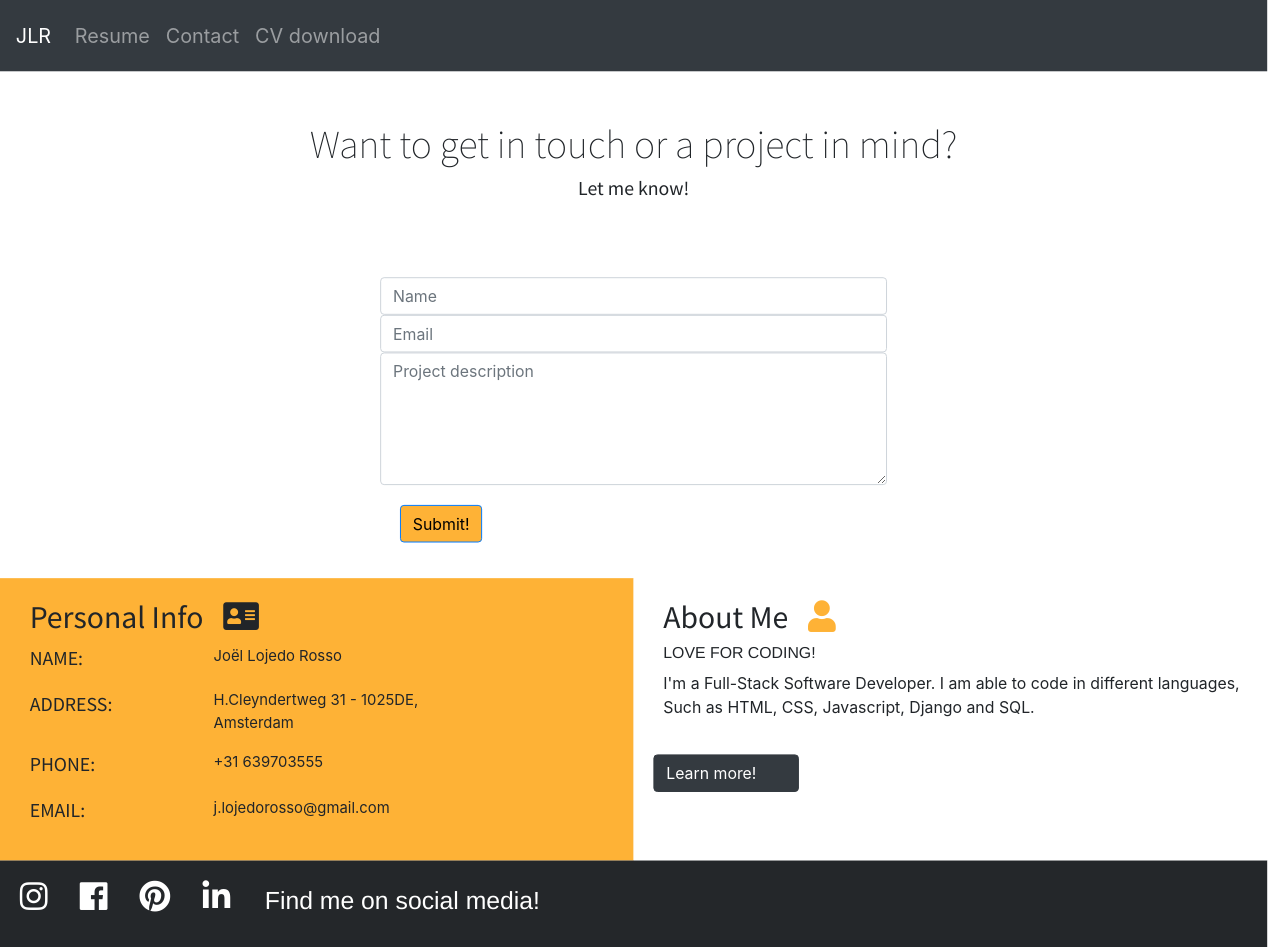
Repository: Kawaiisaki/Portfolio-site
Page: contact.html
The author's editor kept a record of every edit. The page is drawn from the files as they stood at one moment, then again after the next edit.
The browser window is 1280 px wide. The page is 1295 px wide, so the pictures cover 1295 px, including what lies to the right of the window. The pictures show the whole page, at 99% of full size.
Some web libraries are served in a nearby version.

Above is the page before.

### contact.html
<!DOCTYPE html>
<html lang="en">

<head>
    <meta charset="UTF-8">
    <meta name="viewport" content="width=device-width, initial-scale=1.0">
    <meta http-equiv="X-UA-Compatible" content="ie=edge">
    <link rel="stylesheet" href="https://maxcdn.bootstrapcdn.com/bootstrap/4.2.1/css/bootstrap.min.css" type="text/css" />
    <link rel="stylesheet" href="https://use.fontawesome.com/releases/v5.0.10/css/all.css" integrity="sha384-+d0P83n9kaQMCwj8F4RJB66tzIwOKmrdb46+porD/OvrJ+37WqIM7UoBtwHO6Nlg" crossorigin="anonymous">
    <link rel="stylesheet" href="https://cdnjs.cloudflare.com/ajax/libs/hover.css/2.3.1/css/hover-min.css" type="text/css" />
    <link rel="stylesheet" href="assets/css/style.css" type="text/css" />
    <title>Contact Joel</title>
</head>

<body>
    <header>

        <nav class="navbar navbar-expand-lg navbar-dark bg-dark">
            <a class="navbar-brand" href="#">JLR</a>
            <button class="navbar-toggler" type="button" data-toggle="collapse" data-target="#navbarSupportedContent" aria-controls="navbarSupportedContent" aria-expanded="false" aria-label="Toggle navigation">
    <span class="navbar-toggler-icon"></span>
  </button>

            <div class="collapse navbar-collapse" id="navbarSupportedContent">
                <ul class="navbar-nav navbar-brand mr-auto">
                    <li class="nav-item">
                        <a class="nav-link" href="#">Resume</a>
                    </li>
                    <li class="nav-item">
                        <a class="nav-link" href="#">Contact</a>
                    </li>
                    <li class="nav-item">
                        <a class="nav-link" href="#">CV download</a>
                    </li>
                </ul>
            </div>
        </nav>
        <div class="container-fluid">
            <div class="row">
                <div class="col contact-heading text-center">
                    <h1 class="contact-title">Want to get in touch or a project in mind?</h1>
                    <h5 class="contact-me">Let me know!</h5>
                </div>
            </div>
        </div>
        <div class="form-placement">
            <form>
                <div class="form-group">
                    <input type="text" name="fullname" class="form-control" placeholder="Name" required/>
                    <input type="email" name="email" id="emailaddress" class="form-control" placeholder="Email" required/>
                    <textarea rows="5" name="projectsummary" id="projectsummary" class="form-control" placeholder="Project description" required></textarea>
                    <button type="submit" class="btn btn-primary">Submit!</button>
                </div>
            </form>
        </div>
    </header>
    <section>
        <div class="container-fluid">
            <div class="row no-gutters">
                <div class="col personal-info">
                    <h2 class="about-me">Personal Info<i class="fas fa-address-card"></i></h2>
                    <div class="key">
                        <p class="uppercase">Name:</p>
                    </div>
                    <div class="value">
                        <p>Joël Lojedo Rosso</p>
                    </div>
                    <div class="key">
                        <p class="uppercase">Address:</p>
                    </div>
                    <div class="value">
                        <p>H.Cleyndertweg 31 - 1025DE, Amsterdam</p>
                    </div>
                    <div class="key">
                        <p class="uppercase">Phone:</p>
                    </div>
                    <div class="value">
                        <p>+31 639703555</p>
                    </div>
                    <div class="key">
                        <p class="uppercase">Email:</p>
                    </div>
                    <div class="value">
                        <p>j.lojedorosso@gmail.com</p>
                    </div>
                </div>
                <div class="col introduction">
                    <h2 class="about-me">About Me<i class="fas fa-user"></i></h2>
                    <h6 class="subtitle uppercase"> Love for coding!</h6>
                    <p>I'm a Full-Stack Software Developer. I am able to code in different languages, Such as HTML, CSS, Javascript, Django and SQL.</p>
                    <button type="button" class="btn btn-dark">Learn more!<a href="#"></a></button>
                </div>
            </div>
        </div>
    </section>
    <section>

    </section>
    <footer>
        <div class="container-fluid social-icons">
            <div class="row no-gutters ">
                <div class="col-md-auto">
                    <ul class="list-inline social-media-icons">
                        <li class="list-inline-item">
                            <a target="_blank" href="https://www.instagram.com/thekawaiisaki/">
                                <i class="fab fa-instagram fa-2x" aria-hidden="true"></i>
                                <span class="sr-only">Instagram</span>
                            </a>
                        </li>
                        <li class="list-inline-item">
                            <a target="_blank" href="https://www.facebook.com/joellojedorosso">
                                <i class="fab fa-facebook fa-2x"  aria-hidden="true"></i>
                                <span class="sr-only">Facebook</span>
                            </a>
                        </li>
                        <li class="list-inline-item">
                            <a target="_blank" href="https://nl.pinterest.com/jlojedorosso/">
                                <i class="fab fa-pinterest fa-2x" aria-hidden="true"></i>
                                <span class="sr-only">Pinterest</span>
                            </a>
                        </li>
                        <li class="list-inline-item">
                            <a target="_blank" href="https://www.linkedin.com/in/joellojedorosso/">
                                <i class="fab fa-linkedin-in fa-2x" aria-hidden="true"></i>
                                <span class="sr-only">Instagram</span>
                            </a>
                        </li>
                    </ul>
                </div>
                <div class="col">
                    <div>
                        <h3 class="social-text">Find me on social media!</h3>
                    </div>
                </div>
            </div>
        </div>
    </footer>
</body>

</html>

### assets/css/style.css
@import url('https://fonts.googleapis.com/css?family=Source+Sans+Pro:100,200,300,400,500,600,700,800,900&display=swap');

.container-fluid {
  padding-left: 0;
  padding-right: 0;
}

/*---------------------------------------Callout*/

.callout-container {
  height: 88vh;

  background: url('../images/joelgrey.jpg') no-repeat center center fixed;
  -webkit-background-size: cover;
  -moz-background-size: cover;
  -o-background-size: cover;
  background-size: cover;

  display: flex;
  align-items: center;
  justify-content: center;

  position: relative;
}

.transparant-overlay {
  position: absolute;
  top: 0;
  left: 0;
  width: 100%;
  height: 100%;
  background-color: rgba(0, 0, 0, 0.4)
}

.jumbotron {
  background-color: transparent;
}

.name {
  font-family: "Source Sans Pro", sans-serif;
  color: white;
  font-weight: 400;
  margin-bottom: 10px;
  text-shadow: 2px 2px rgba(0, 0, 0, 0.5);
}

.lead {
  color: #ffffff;
  margin: 10px;
  text-decoration: overline;
  text-shadow: 2px 2px rgba(0, 0, 0, 0.5);
}

.fa-code {
  color: #fff;
  text-shadow: 2px 2px rgba(0, 0, 0, 0.5);
}

/*---------------------------------------About-Personal-*/

.about-container {
  height: 50vh;

  background: url('../images/laptop.jpg') no-repeat center center fixed;
  -webkit-background-size: cover;
  -moz-background-size: cover;
  -o-background-size: cover;
  background-size: cover;

  display: flex;
  align-items: center;
  justify-content: center;

  position: relative;
}

.subtitle {
  margin-left: 30px;
  font-family: "helvetica", sans-serif;
  font-weight: 200;
}

.key {
  font-family: "Source Sans Pro", sans-serif;
  padding-left: 30px;
  display: inline-block;
  font-size: 20px;
  width: 33%;
  vertical-align: top;
}

.value {
  display: inline-block;
  font-size: 15px;
  width: 33%;
}

.personal-info {
  padding: 20px;
  background-color: #feb236;
  display: block;
  clear: both;
}


.introduction {
  padding: 20px;
  background-color: #fff;
}

.introduction p {
  margin-left: 30px;
}

.about-me {
  font-family: "Source Sans Pro", sans-serif;
  margin-left: 30px;
}

.fa-user,
.fa-address-card {
  padding-left: 20px;
}

.fa-user {
  color: #feb236;
}

.introduction a {
  margin-left: 30px;
}

/*---------------------------------------Footer*/

.social-text {
  color: #fff;
  font-family: "Helvetica", sans-serif;
  font-weight: 400;
  font-size: 25px;
  padding-top: 15px;
  padding-left: 25px;
}

footer {
  background-color: #24272a;
  min-height: 50px;
  padding: 10px;
}

.social-media-icons li i {
  color: #fff;
  margin: 10px;
}

/*---------------------------------------Additional*/

.uppercase {
  text-transform: uppercase;
}

/*---------------------------------------About page*/

.fa-file-code,
.fa-cogs,
.fa-tasks {
  padding-left: 20px;
}

.white-text {
  color: #fff;
}

/*---------------------------------------About bg colors*/

.what-bg-color {
  background-color: #6b5b95;
}

.how-bg-color {
  background-color: #fff;
}

.why-bg-color {
  background-color: #feb236;
}

/*---------------------------------------Resume page*/

.projects {
  background-color: #6b5b95;
  color: #fff;
  font-family: "Source Sans Pro", sans-serif;
  max-width: 50%;
  padding: 60px;
}

.list-group-item {
  background-color: transparent;
}

.project-item {
  color: #fff;
  text-decoration: none;
  max-width: 60%;
  margin: auto;
}

.project-item:hover {
  text-decoration: none;
  color: #feb236;
}

.front-end,
.back-end {
  font-family: "Source Sans Pro", sans-serif;
  padding: 60px;
}

.back-end {
  background-color: #f6f6f6;
}

.fa-laptop {
  padding-left: 20px;
}

/*---------------------------------------Progress bars*/

.skill-progression {
  font-family: "Source Sans Pro", sans-serif;
}

.progress {
  position: relative;
  margin-bottom: 4px;
  height: 25px;
}

.progres-skill {
  font-family: "Sans Source Pro", sans-serif;
  position: absolute;
  left: 5px;
  font-weight: 400;
  padding: 3px 30px 2px 10px;
  color: #000;
}

.bar-skills {
  margin: auto;
  max-width: 80%;
  padding: 60px;
}

.progress-bar-striped {
  background-color: #feb236;
}

/*---------------------------------------contact page*/

.contact-heading {
  margin: 50px;
}

.contact-title,
.contact-me {
  font-family: "Source Sans Pro", sans-serif;
}

.contact-title {
  font-weight: 200;
}

.btn-primary {
  background-color: #feb236;
  color: #000;
}

button {
  margin: 20px;
}

.form-placement {
  padding-top: 20px;
  max-width: 40%;
  margin: auto;
}

After the next edit:
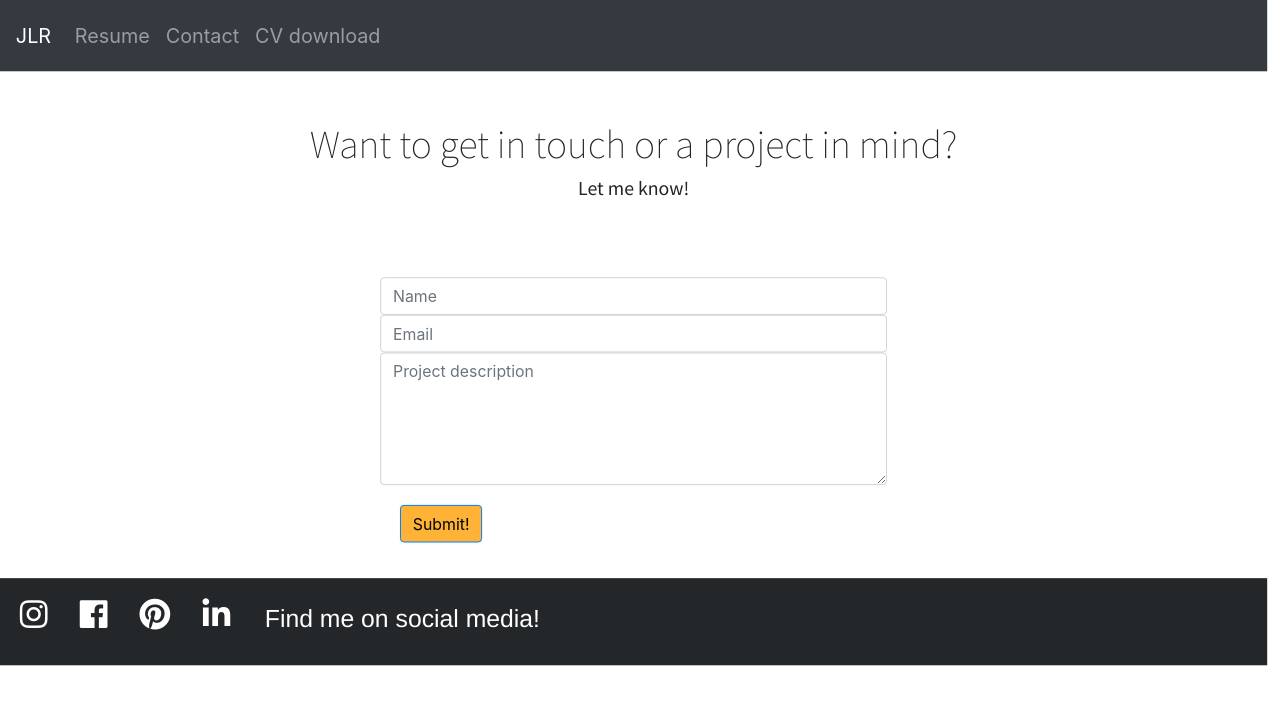
The edit:
--- a/contact.html
+++ b/contact.html
@@ -55,43 +55,7 @@
         </div>
     </header>
     <section>
-        <div class="container-fluid">
-            <div class="row no-gutters">
-                <div class="col personal-info">
-                    <h2 class="about-me">Personal Info<i class="fas fa-address-card"></i></h2>
-                    <div class="key">
-                        <p class="uppercase">Name:</p>
-                    </div>
-                    <div class="value">
-                        <p>Joël Lojedo Rosso</p>
-                    </div>
-                    <div class="key">
-                        <p class="uppercase">Address:</p>
-                    </div>
-                    <div class="value">
-                        <p>H.Cleyndertweg 31 - 1025DE, Amsterdam</p>
-                    </div>
-                    <div class="key">
-                        <p class="uppercase">Phone:</p>
-                    </div>
-                    <div class="value">
-                        <p>+31 639703555</p>
-                    </div>
-                    <div class="key">
-                        <p class="uppercase">Email:</p>
-                    </div>
-                    <div class="value">
-                        <p>j.lojedorosso@gmail.com</p>
-                    </div>
-                </div>
-                <div class="col introduction">
-                    <h2 class="about-me">About Me<i class="fas fa-user"></i></h2>
-                    <h6 class="subtitle uppercase"> Love for coding!</h6>
-                    <p>I'm a Full-Stack Software Developer. I am able to code in different languages, Such as HTML, CSS, Javascript, Django and SQL.</p>
-                    <button type="button" class="btn btn-dark">Learn more!<a href="#"></a></button>
-                </div>
-            </div>
-        </div>
+
     </section>
     <section>
 
